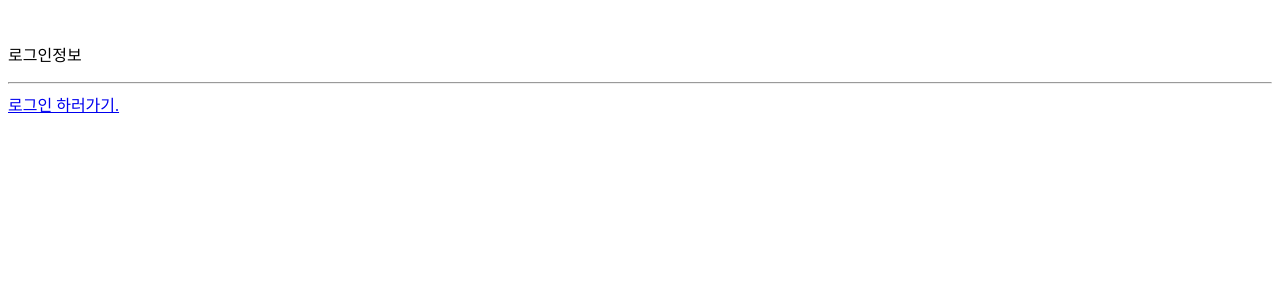
Repository: LetsBeLikeSophie/05_Android
Page: http://localhost/springHbe/cgiSession/logout.jsp
The author's editor kept a copy of each file at every save. The page is drawn from the files as they stood at one save, then again after the next save.
The browser window is 1280 px wide. The pictures show the whole page.
The page is served by Tomcat 9.

Above is the page before, as saved 2021-10-29 03:29:34.

After the next save:
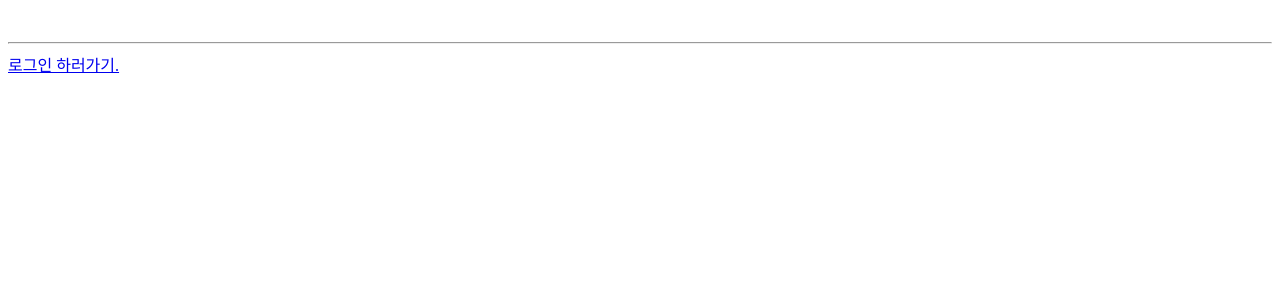
Saved 16 s later.
--- a/211103/el_spring_hbe_work_로그인_세션_메일/springHbe/WebContent/cgiSession/logout.jsp
+++ b/211103/el_spring_hbe_work_로그인_세션_메일/springHbe/WebContent/cgiSession/logout.jsp
@@ -24,7 +24,6 @@
 <body>
 <br>
 <p>
-로그인정보
 <hr>
 
 <a href="/springHbe/cgiSession/login.jsp">로그인 하러가기.</a>
